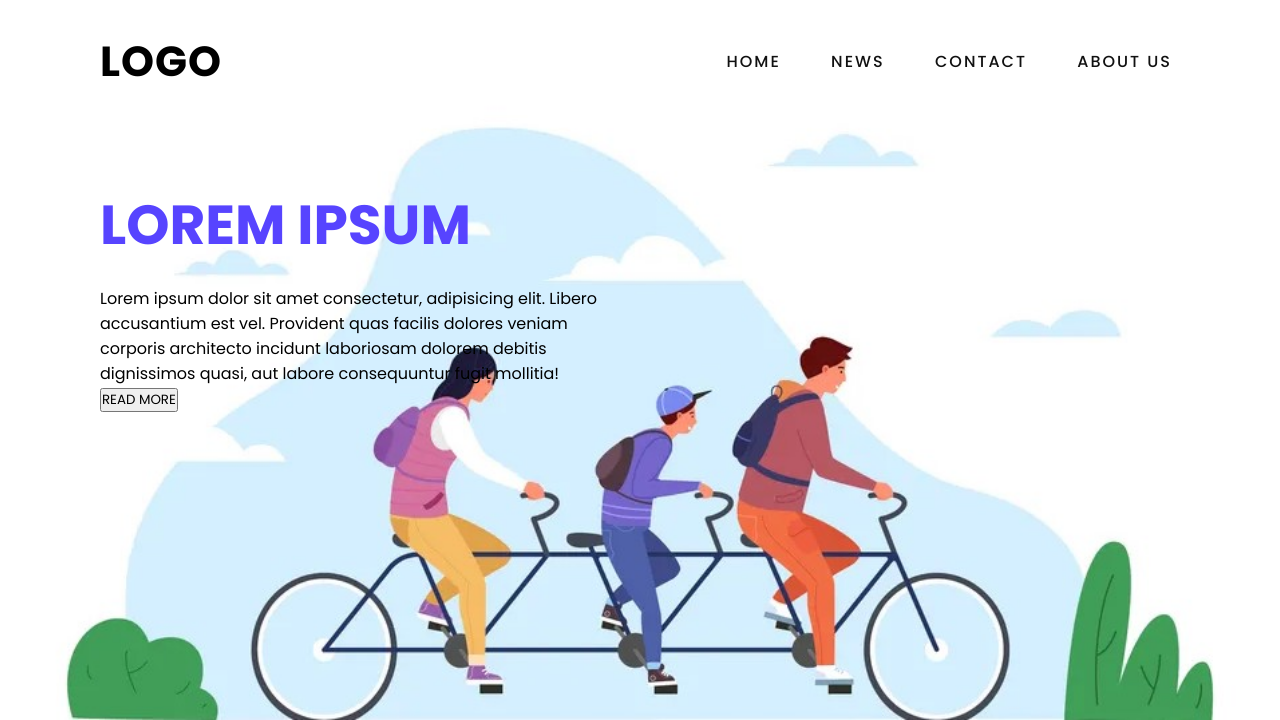
Repository: nganha241/1806
Page: index.html
The author's editor kept a copy of each file at every save. The page is drawn from the files as they stood at one save, then again after the next save.
The browser window is 1280 px wide. The pictures show the whole page.

Above is the page before, as saved 2022-06-18 15:51:26.

### index.html
<!DOCTYPE html>
<html lang="en">
  <head>
    <meta charset="UTF-8" />
    <meta http-equiv="X-UA-Compatible" content="IE=edge" />
    <meta name="viewport" content="width=device-width, initial-scale=1.0" />
    <title>Document</title>
    <link rel="stylesheet" href="style.css" />
  </head>
  <body>
    <section>
      <header>
        <div class="logo">
          <h2>Logo</h2>
        </div>
        <div class="navigation">
          <a href="#">Home</a>
          <a href="#">News</a>
          <a href="#">Contact</a>
          <a href="#">About us</a>
        </div>
      </header>
      <div class="content">
        <h1 class="title">LOREM IPSUM</h1>
        <p>
          Lorem ipsum dolor sit amet consectetur, adipisicing elit. Libero
          accusantium est vel. Provident quas facilis dolores veniam corporis
          architecto incidunt laboriosam dolorem debitis dignissimos quasi, aut
          labore consequuntur fugit mollitia!
        </p>
        <button class="btn-more">READ MORE</button>
      </div>
    </section>
  </body>
</html>

### style.css
@import url('https://fonts.googleapis.com/css2?family=Poppins:wght@300;400;500;600;700;800;900&display=swap');

* {
    box-sizing: border-box;
    padding: 0;
    margin: 0;
    font-family: 'Poppins', sans-serif;
}

a {
    text-decoration: none;
}

section {
    width: 100%;
    min-height: 100vh;
    display: flex;
    flex-direction: column;
    justify-content: flex-start;
    background: url('./bg.jpg');
    background-size: cover;
    background-position: center;
}

section header {
    position: relative;
    top: 0;
    width: 100%;
    padding: 30px 100px;
    display: flex;
    justify-content: space-between;
    align-items: center;
}

.logo {
    position: relative;
    font-size: 28px;
    letter-spacing: 1px;
    cursor: pointer;
    text-transform: uppercase;
}

.navigation a{
   letter-spacing: 2px;
   background: none;
   padding: 5px 8px;
   text-transform: uppercase;
   font-weight: 500;
   border-radius: 20px;
   color: #111;
   transition: 0.4s;
    transition-property: background;
}

.navigation a:not(:last-child) {
    margin-right: 30px;
}

.navigation a:hover {
    color: #fff;
    background: rgb(102, 167, 252);
    transition: 0.4s;
}

.content {
    margin: 60px 100px;
    width: 40%;
}

.title {
    margin-bottom: 20px;
    text-transform: uppercase;
    font-weight: 700;
    font-size: 55px;
    color: rgb(87, 68, 255);
}

After the next save:
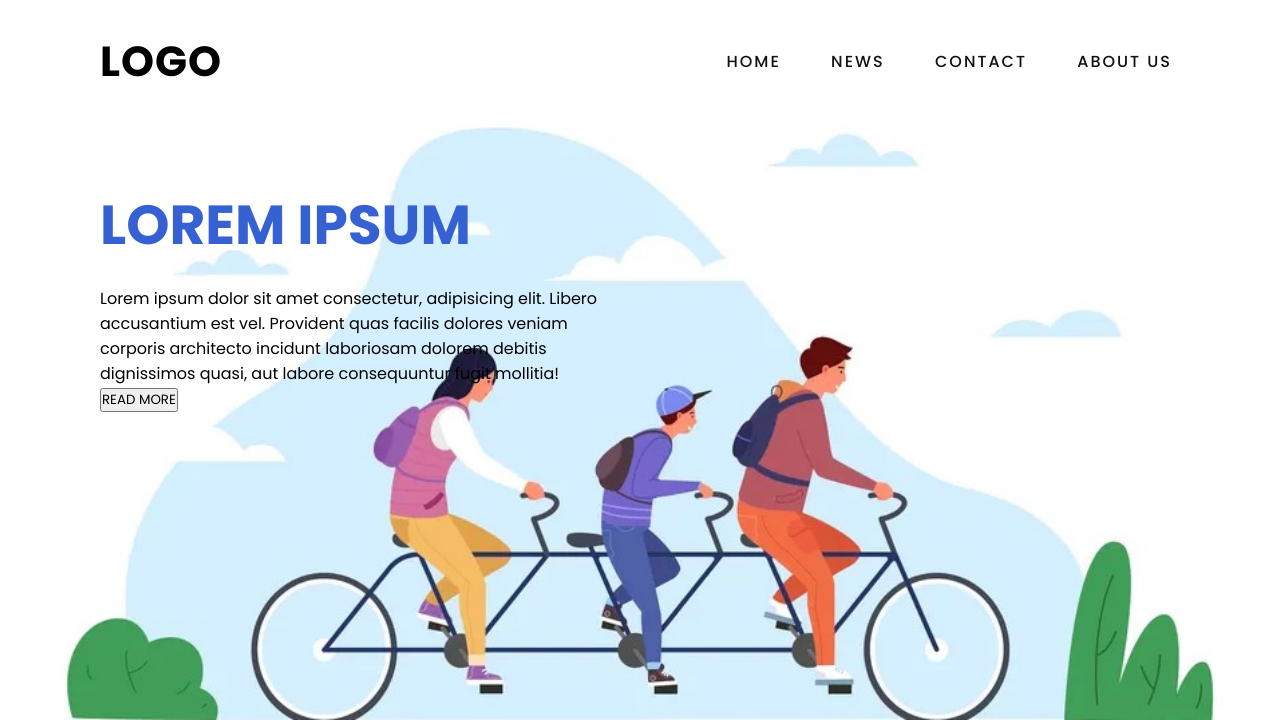
Saved 31 s later.
--- a/style.css
+++ b/style.css
@@ -72,5 +72,5 @@ section header {
     text-transform: uppercase;
     font-weight: 700;
     font-size: 55px;
-    color: rgb(87, 68, 255);
+    color: #3661D3;
 }
